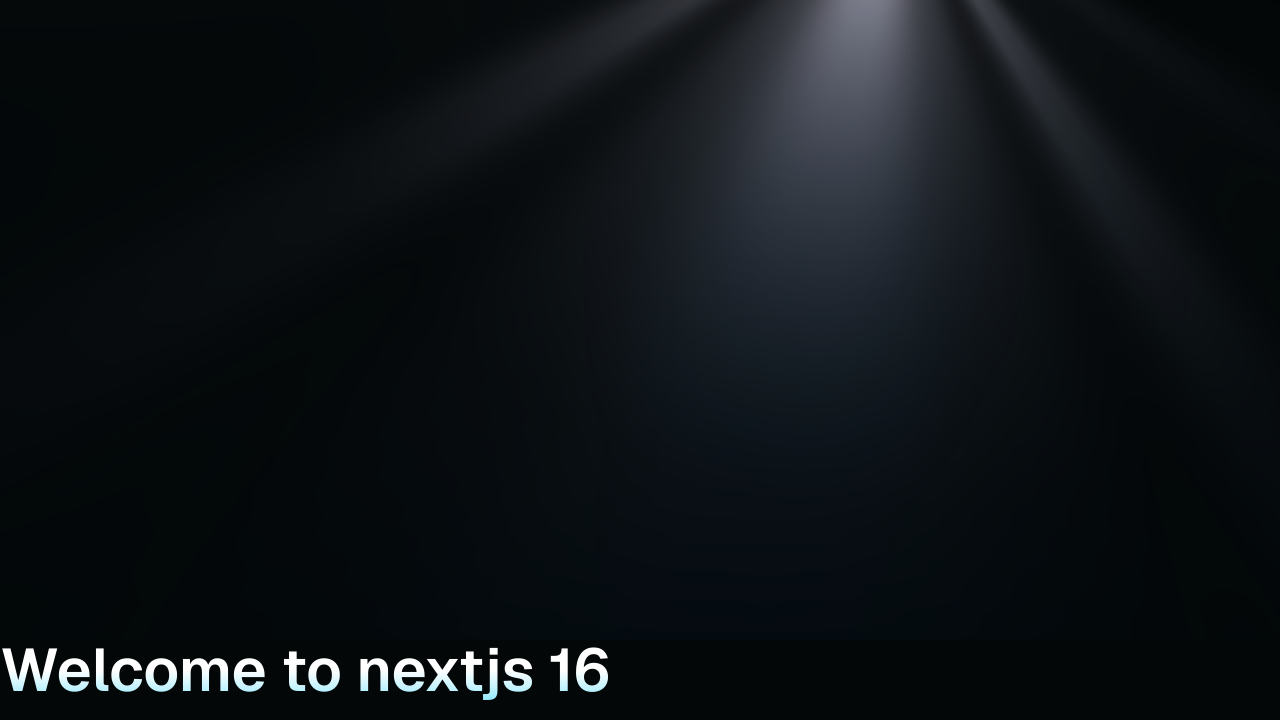
Repository: MuhammadHozaif-Bitsol/DevEvents
Page: /
The author's editor kept a copy of each file at every save. The page is drawn from the files as they stood at one save, then again after the next save.
The browser window is 1280 px wide. The pictures show the whole page.
Some web fonts or font styles are not loaded; a fallback is used. The project was rebuilt for these pictures with package versions that can differ from the ones it lists, and the page was loaded fresh each time. The framework's server and built-in components were replaced by stand-ins that run in the browser. Also part of the build but not shown: next.config.ts.

Above is the page before, as saved 2026-08-25 14:37:23.

After the next save:
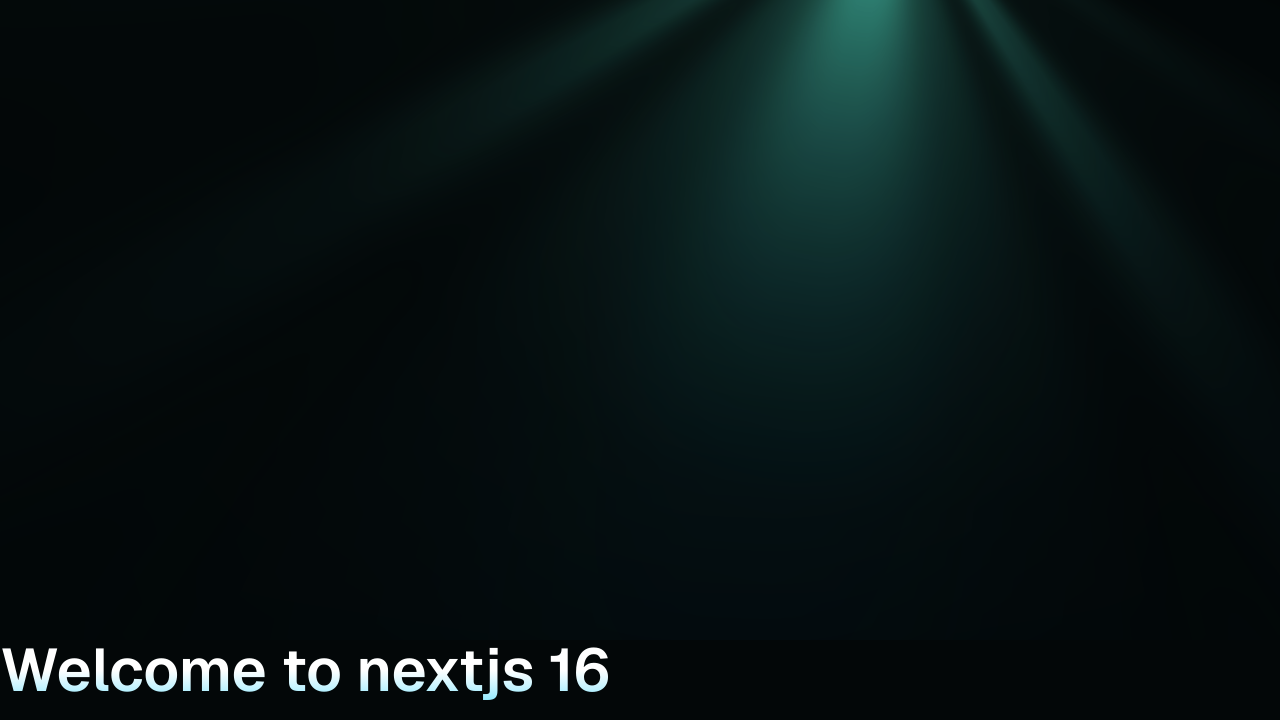
Saved 119 s later.
--- a/components/LightRays.tsx
+++ b/components/LightRays.tsx
@@ -73,7 +73,7 @@ const getAnchorAndDir = (
 
 const LightRays: React.FC<LightRaysProps> = ({
   raysOrigin = "top-center-offset",
-  raysColor = DEFAULT_COLOR,
+  raysColor = "#5dfeca",
   raysSpeed = 1,
   lightSpread = 1,
   rayLength = 2,
